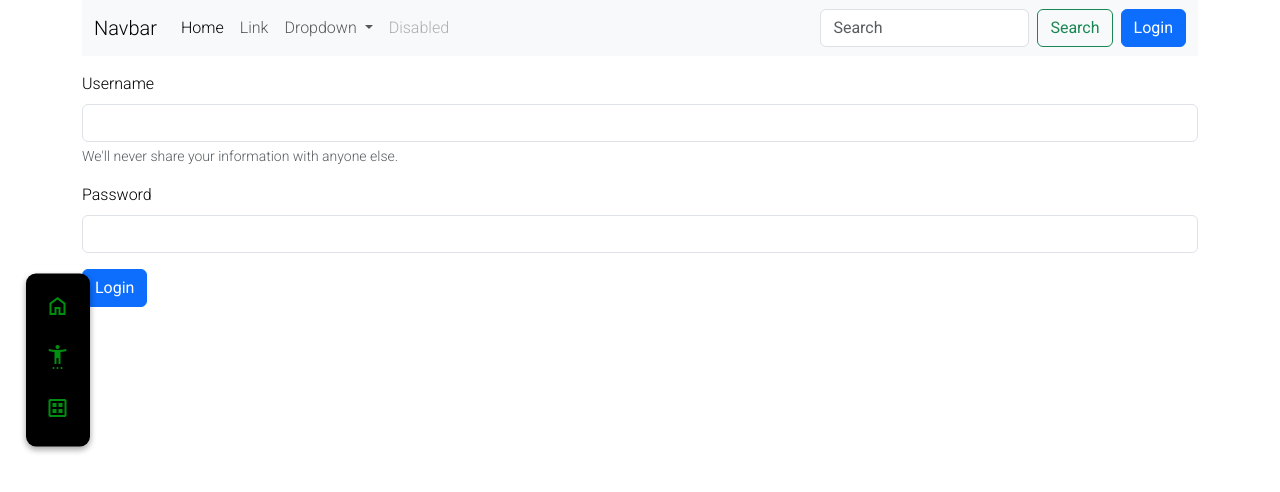
Repository: tuankiet10920/homeworkFEF
Page: /about
These files come from the project's save history. The page is drawn as it stood at one moment and after the next save; the edit follows.
The browser window is 1280 px wide. The pictures show the whole page.
The project was rebuilt for these pictures with package versions that can differ from the ones it lists, and the page was loaded fresh each time. Also part of the build but not shown: vite.config.js, src/views/HomeView.vue. Imported but missing from the stored project, and not drawn on this page: src/assets/audio/intro.mp3.

Above is the page before, as saved 2024-11-10 18:15:42.

After the next save:
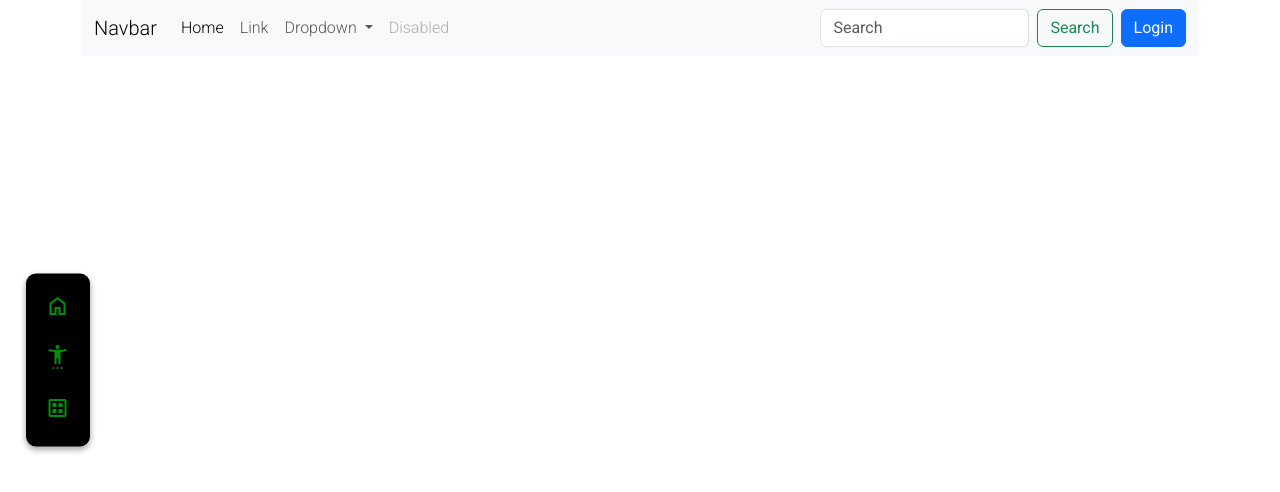
Saved 61 s later.
--- a/src/Labs/Lab3/Bai5.vue
+++ b/src/Labs/Lab3/Bai5.vue
@@ -114,7 +114,11 @@
       </div>
     </nav>
 
-    <form class="mt-3" @submit.prevent="login">
+    <form
+      class="mt-3"
+      @submit.prevent="login"
+      :class="{ 'form-active': !authSuccess }"
+    >
       <div class="mb-3">
         <label for="exampleInputEmail1" class="form-label">Username</label>
         <input

After the save that followed:
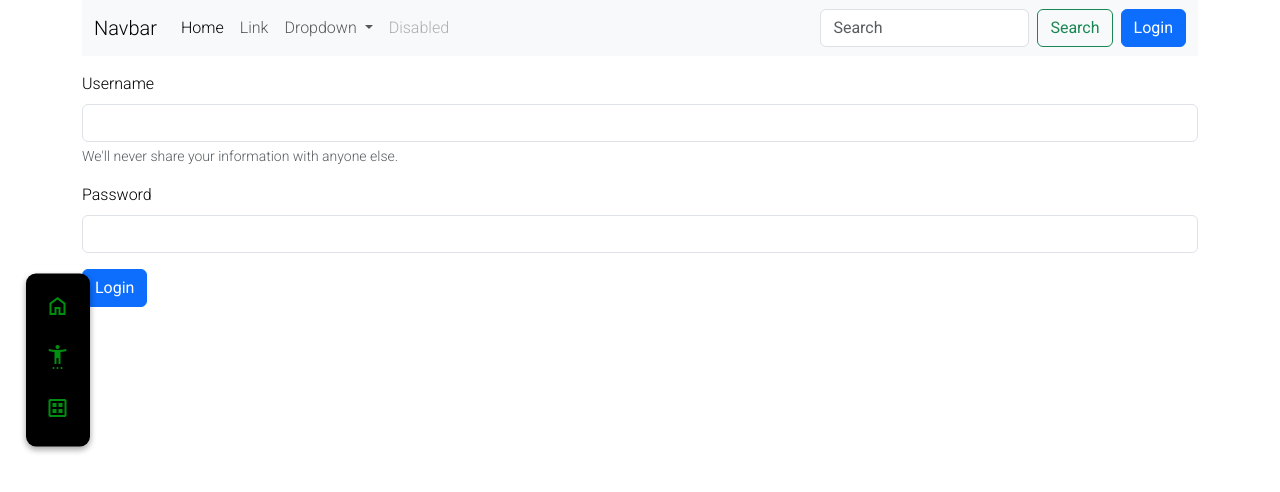
Saved 27 s later.
--- a/src/Labs/Lab3/Bai5.vue
+++ b/src/Labs/Lab3/Bai5.vue
@@ -117,7 +117,7 @@
     <form
       class="mt-3"
       @submit.prevent="login"
-      :class="{ 'form-active': !authSuccess }"
+      :class="{ 'form-active': authSuccess === true }"
     >
       <div class="mb-3">
         <label for="exampleInputEmail1" class="form-label">Username</label>
